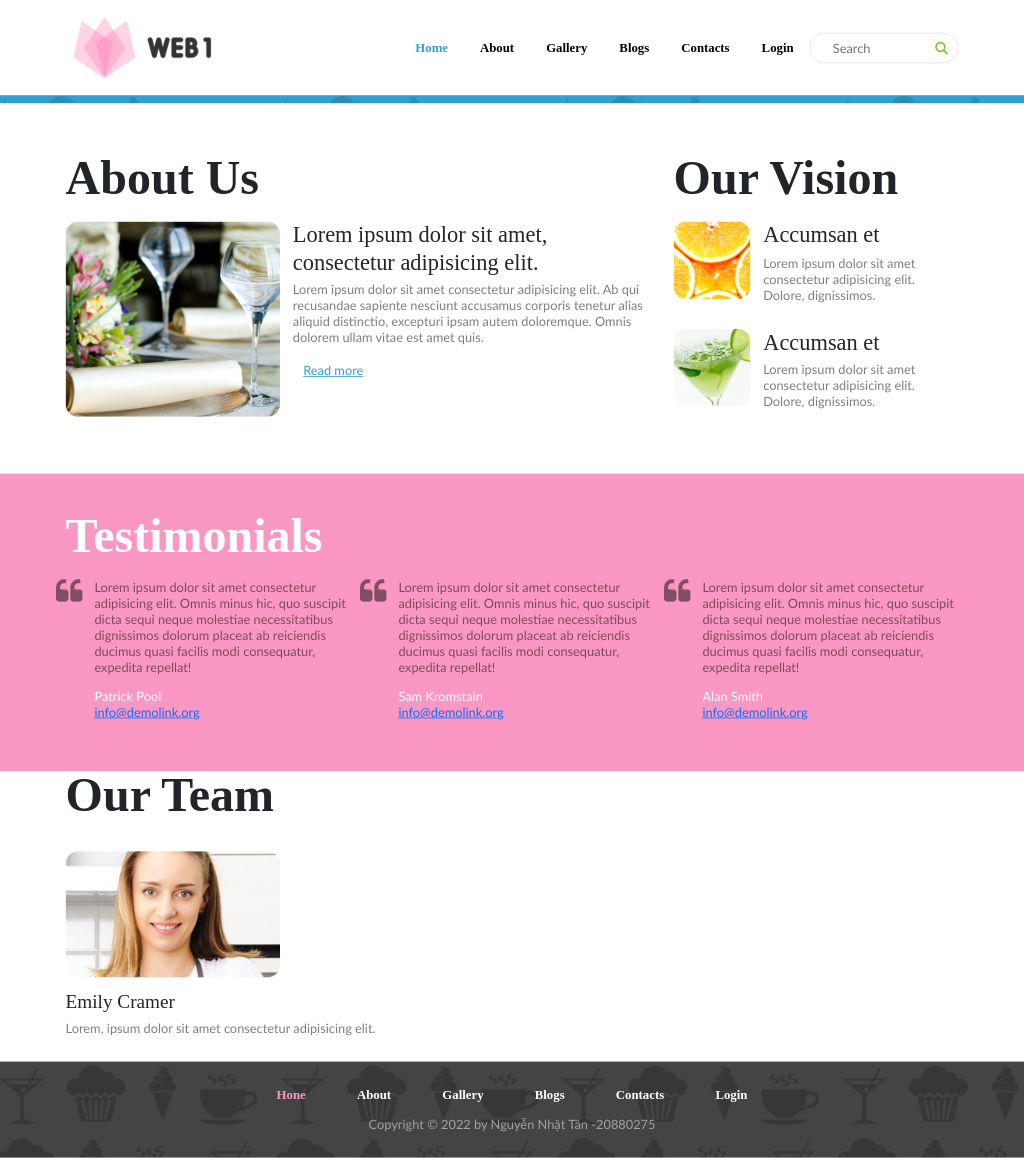
Repository: carembanhkem/web1-20880275
Page: about.html
The author's editor kept a copy of each file at every save. The page is drawn from the files as they stood at one save, then again after the next save.
The browser window is 1280 px wide. The pictures show the whole page, at 80% of full size.
Some web fonts or font styles are not loaded; a fallback is used. Some web libraries are served in a nearby version.

Above is the page before, as saved 2023-02-06 11:38:21.
Console error: ReferenceError: bootstrap is not defined

After the next save:
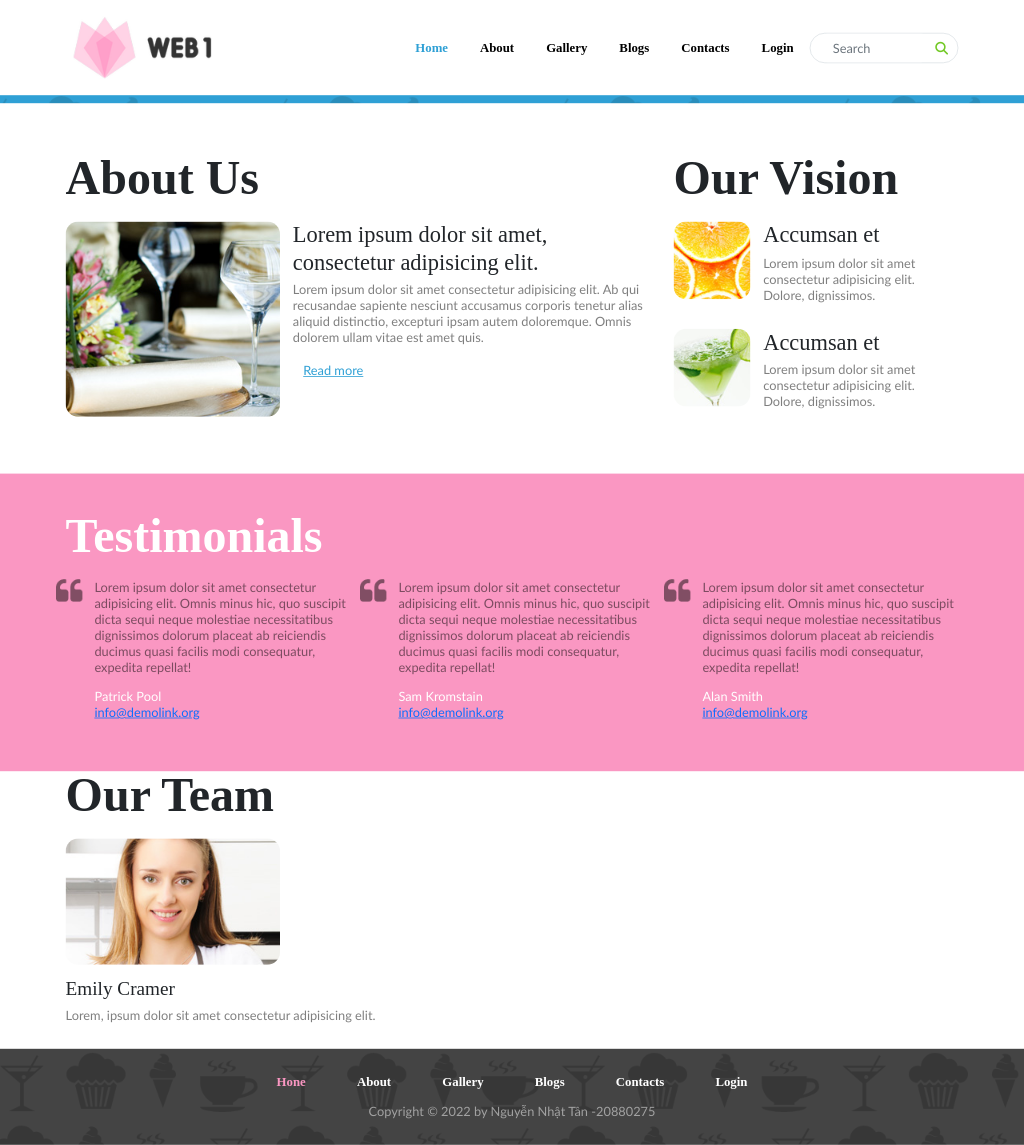
Saved 10 s later.
--- a/about.html
+++ b/about.html
@@ -117,7 +117,7 @@
             <h1>Our Team</h1>
             <div class="row py-3">
                 <div class="col">
-                    <img src="images/our-team/team-1.jpg" alt="team-1" class="rounded-4 my-3">
+                    <img src="images/our-team/team-1.jpg" alt="team-1" class="rounded-4 mb-3">
                     <h4>Emily Cramer</h4>
                     <p class="text-black-50">Lorem, ipsum dolor sit amet consectetur adipisicing elit.</p>
                 </div>
